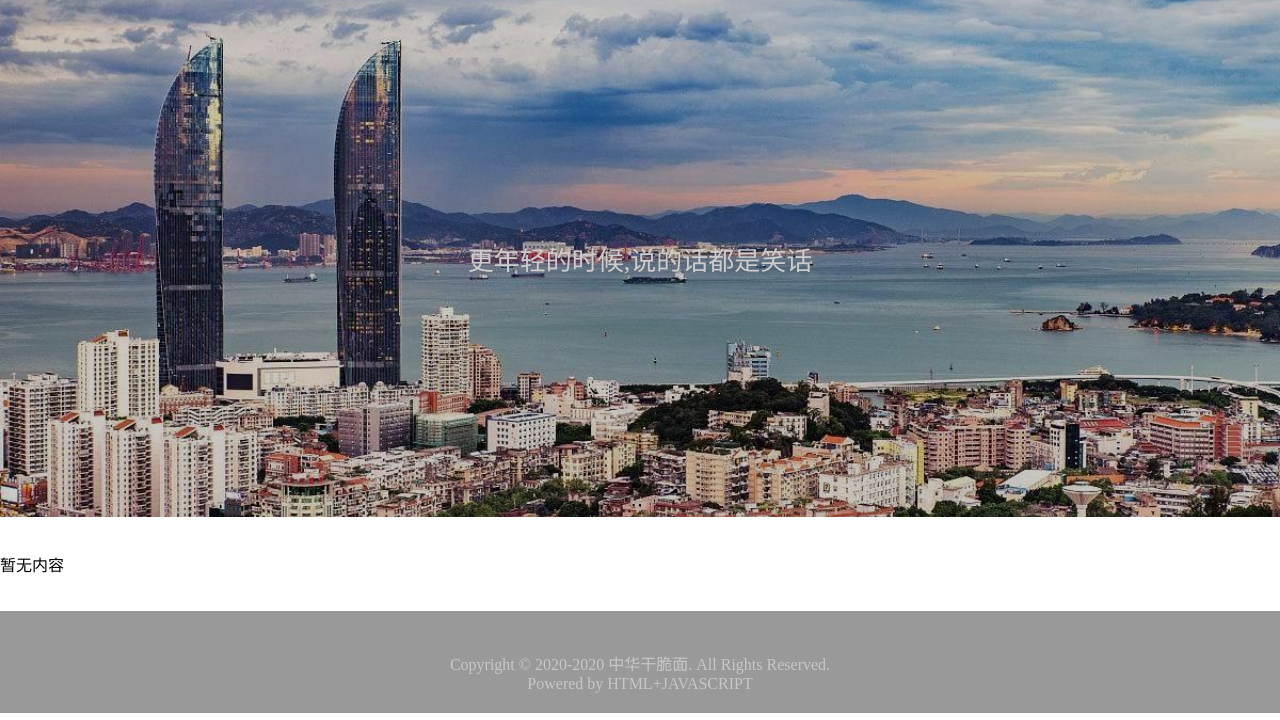
Repository: airsky0605/airsky0605.github.io
Page: index.html
The author's editor kept a copy of each file at every save. The page is drawn from the files as they stood at one save, then again after the next save.
The browser window is 1280 px wide. The pictures show the whole page.
The page's requests for data from a server got no answer.

Above is the page before, as saved 2020-04-15 16:26:30.

### index.html
<!DOCTYPE html>
<html lang="en">
<head>
  <meta charset="UTF-8">
  <meta name="viewport" content="width=device-width, initial-scale=1.0">
  <meta http-equiv="X-UA-Compatible" content="ie=edge">
  <link rel="stylesheet" href="./css/common.css">
  <link rel="stylesheet" href="./css/reset.css">
  <script src="https://cdn.bootcss.com/vue/2.6.11/vue.js"></script>
  <title>Document</title>
</head>
<body>
  <div class="banner">
    <div class="inner">
      <p class="t1">更年轻的时候,说的话都是笑话</p>
    </div>
  </div>
  <div class="container mainbox" id="app">
    <template v-if="list.length>0">
      <div class="item" v-for="(item, index) in list" :key="index">
        {{item.name}}
      </div>
    </template>
    <div class="deault" v-else>
      暂无内容
    </div>
  </div>
  <footer class="footer">
    <div class="inner">
      <p>Copyright © 2020-2020 中华干脆面. All Rights Reserved.</p>
      <p>Powered by HTML+JAVASCRIPT</p>
    </div>
  </footer>
</body>
<script>
  var urlObj = {
    getList:'https://api.github.com/repos/airsky0605/airsky0605.github.io/contents'
  }
  function _fetch(url){
    return new Promise((resolve,reject) => {
      try{
        fetch(url).then(res=>{
          return res.json()
        })
        .then(res=>{
          resolve(res)
        })
      }catch(error){
        throw new Error(error)
      }
    })
  }
  new Vue({
    el:'#app',
    data:{
      list: []
    },
    created() {
      this.getList()
    },
    methods: {
      getList(){
        _fetch(urlObj.getList).then(res=>{
          this.list = res
        })
      }
    },
  })
</script>
</html>

### css/common.css
.mainbox{
  max-width: 1200px;
  margin: 0 auto;
  overflow: hidden;
}
.banner{
  position: relative;
  background: url(../img/banner.jpeg) 0% 50% / cover no-repeat;
}
.banner::after{
  content: "";
  position: absolute;
  top: 0px;
  left: 0px;
  width: 100%;
  height: 100%;
  z-index: 1;
  background: rgba(0, 0, 0, 0.2);
}
.banner .inner{
  padding: 240px 0;
  position: relative;
}
.banner .inner p{
  text-align: center;
  color: #fff;
  position: relative;
  background: transparent;
}
.banner .inner .t1{
  font-size: 26px;

}
.banner .inner .t2{
  font-size: 22px;
  text-decoration: line-through;
}

.container{
  margin: 35px 0!important;
}

.container .item{
  margin-bottom: 10px;
  background: #fff;
  overflow: hidden;
  border-radius: 2px;
  -webkit-box-shadow: 0 1px 3px rgba(26,26,26,.1);
  box-shadow: 0 1px 3px rgba(26,26,26,.1);
  -webkit-box-sizing: border-box;
  box-sizing: border-box;
}
.footer{
  background: #999;
  color: #c6c7c9;
  text-align: center;
}
.footer .inner{
  padding: 40px 0 20px;
}

### css/reset.css
/*RESET v3*/
html, body, div, span, object, iframe, h1, h2, h3, h4, h5, h6, p, blockquote, a, cite, img, sub, sup, dl, dt, dd, ol, ul, li, fieldset, form, label, legend, table, caption, tbody, tfoot, thead, tr, th, td, article, aside, canvas, details, embed, figure, figcaption, footer, header, hgroup, menu, nav, output, ruby, section, summary, time, mark, audio, video {
  border: 0;
  font: inherit;
  margin: 0;
  padding: 0;
  font-weight: normal;
  vertical-align: baseline;
}
html,body{
  height:100%
}
article, aside, details, figcaption, figure, footer, header, hgroup, menu, nav, section {
  display: block;
}
button {
  outline: none;
}
ol, ul {
  margin: 0;
  padding: 0;
}
ol, ul, li {
  list-style: none;
}
i, em {
  font-style: normal;
}
blockquote {
  quotes: none;
}
blockquote:before, blockquote:after {
  content: '';
  content: none;
}
a {
  outline: none;
  text-decoration: none;
  text-decoration:none;
  text-decoration: none;
  transition: background-color .5s ease 0s,color .5s ease 0s,width .5s ease 0s,border-width .5s ease 0s,border-color .5s ease 0s;
  -webkit-transition: background-color .5s ease 0s,color .5s ease 0s,width .5s ease 0s,border-width .5s ease 0s,border-color .5s ease 0s;
  -moz-transition: background-color .5s ease 0s,color .5s ease 0s,width .5s ease 0s,border-width .5s ease 0s,border-color .5s ease 0s;
  -ms-transition: background-color .5s ease 0s,color .5s ease 0s,width .5s ease 0s,border-width .5s ease 0s,border-color .5s ease 0s;
  -o-transition: background-color .5s ease 0s,color .5s ease 0s,width .5s ease 0s,border-width .5s ease 0s,border-color .5s ease 0s
}
input, textarea{
  font-family: inherit;
  font-size: inherit;
  color: inherit;
  outline: none;
  border: 0;
  margin: 0;
  padding: 0;
}
select, option{
  font-family: inherit;
}
.noselect{
  -webkit-user-select: none;
  user-select: none;
}
.clear {
  clear: both;
}
.clearfix:before,.clearfix:after{
  content:"";
  display:table;
}
.clearfix:after{
  clear:both;
}
.clearfix{
  *zoom:1;
}


.el-pagination{
  padding-left: 0!important;
}
.el-pagination.is-background .btn-next, .el-pagination.is-background .btn-prev, .el-pagination.is-background .el-pager li{
  margin-left: 0!important;
}
.w-e-menu{
  z-index: 2 !important;
}
.w-e-text-container{
  z-index: 1 !important;
}

After the next save:
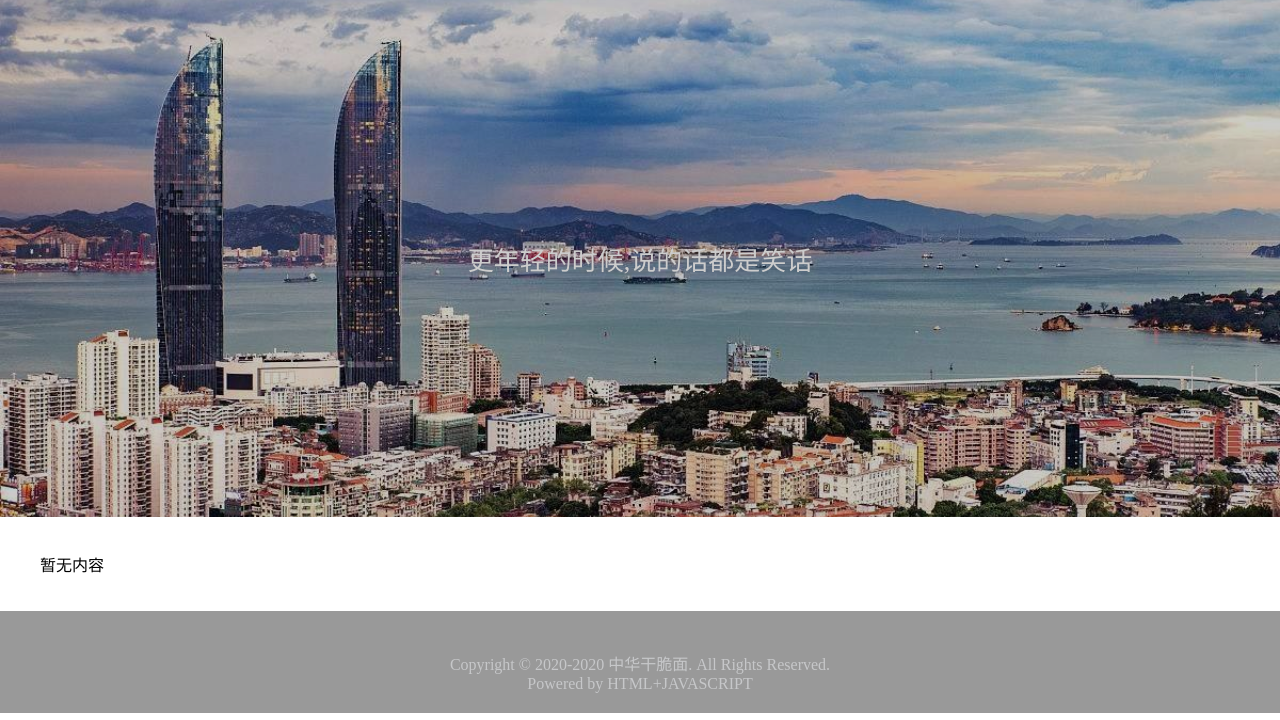
Saved 60 s later.
--- a/css/common.css
+++ b/css/common.css
@@ -37,7 +37,7 @@
 }
 
 .container{
-  margin: 35px 0!important;
+  margin: 35px auto!important;
 }
 
 .container .item{
